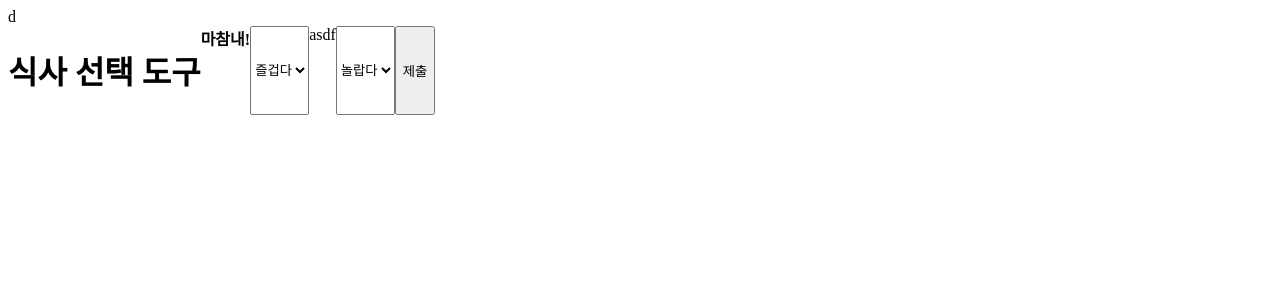
Repository: kimgh06/JavaWeb
Page: http://localhost/what/
The author's editor kept a copy of each file at every save. The page is drawn from the files as they stood at one save, then again after the next save.
The browser window is 1280 px wide. The pictures show the whole page.
The page is served by Tomcat 9.

Above is the page before, as saved 2022-11-03 02:28:05.

After the next save:
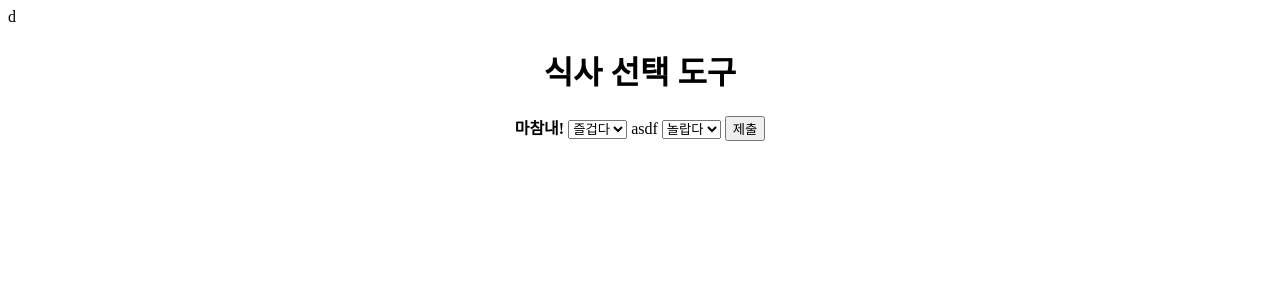
Saved 8 s later.
--- a/what/src/main/webapp/main.css
+++ b/what/src/main/webapp/main.css
@@ -2,5 +2,5 @@
 
 #main{
 	text-align: center;
-	display: flex;
+	display: block;
 }
